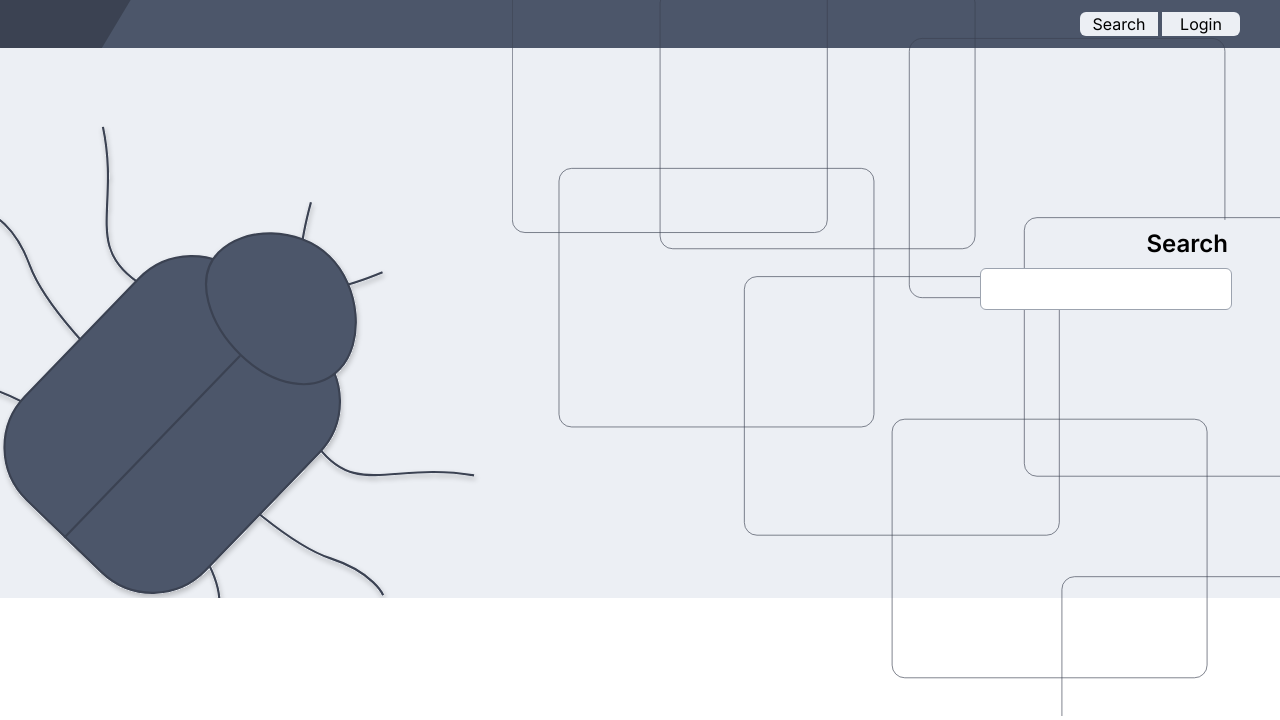
Repository: Qu4ntumGuy/project-bug
Page: /
These files come from the project's save history. The page is drawn as it stood at one moment and after the next save; the edit follows.
The browser window is 1280 px wide. The pictures show the whole page.
The project was rebuilt for these pictures with package versions that can differ from the ones it lists, and the page was loaded fresh each time. The framework's server and built-in components were replaced by stand-ins that run in the browser. Also part of the build but not shown: next.config.mjs.

Above is the page before, as saved 2024-02-12 00:09:45.

### src/app/layout.js
import { Inter } from "next/font/google";
import "./globals.css";

const inter = Inter({ subsets: ["latin"] });

export default function RootLayout({ children }) {
  return (
    <html lang="en">
      <head>
        <title>Project-bug</title>
        <meta name="description" content="Description goes here." />
        <link rel="preconnect" href="https://fonts.googleapis.com" />
        <link rel="preconnect" href="https://fonts.gstatic.com" crossorigin />
        <link
          href="https://fonts.googleapis.com/css2?family=Fira+Code:wght@300;400;500;600&display=swap"
          rel="stylesheet"
        />
      </head>
      <body className={inter.className}>{children}</body>
    </html>
  );
}

### src/app/page.js
import Navbar from "@/components/Navbar";
import Image from "next/image";
import bug from "../../public/Bug.svg";
import bgdesign from "../../public/bgDesign.svg";
import bgmain from "../../public/bg-main.svg";

export default function Home() {
  const bgimg = "/Bug.svg";
  return (
    <div className="bg-[#ECEFF4] overflow-hidden ">
      <Navbar />
      <div className="flex justify-between">
        {/* <Image className="" src={bug} alt="bug" />
        <Image className=" top-1 w-[100%]" src={bgdesign} alt="bgdesign" /> */}
        <div className="w-full">
          <Image className="" height={550} src={bug} alt="bug" />
        </div>
        <div className="w-full">
          <Image
            className="absolute -top-1 right-0 w-[60%] h-[100%]"
            height={650}
            src={bgdesign}
            alt="bgdesign"
          />
        </div>
        <div className="absolute right-0 top-[30%]">
          <form className="flex flex-col justify-end items-end m-3 mr-10">
            <label className="mr-3 text-2xl font-semibold " htmlFor="search">
              Search
            </label>
            <input
              className="p-2 m-2 border border-gray-400 rounded-md"
              type="text"
            />
          </form>
        </div>
      </div>
    </div>
  );
}

### src/app/globals.css
@tailwind base;
@tailwind components;
@tailwind utilities;

/* :root {
  --foreground-rgb: 0, 0, 0;
  --background-start-rgb: 214, 219, 220;
  --background-end-rgb: 255, 255, 255;
} */

/* @media (prefers-color-scheme: dark) {
  :root {
    --foreground-rgb: 255, 255, 255;
    --background-start-rgb: 0, 0, 0;
    --background-end-rgb: 0, 0, 0;
  }
} */

body {
  color: rgb(var(--foreground-rgb));
  background: rgba(255, 255, 255, 1);
  font-family: 'Fira Code', monospace;
}

@font-face {
  font-family: "Fira Code";
  src: url("../../public/font/FiraCode-VariableFont_wght.ttf")
    format("truetype");
}


/* @layer utilities {
  .text-balance {
    text-wrap: balance;
  }
} */

### src/components/Navbar.js
import Image from "next/image";
import reactangle from "../../public/Rectangle 5.svg";

export default function Navbar() {
  return (
    <nav className="h-[10%] w-full bg-[#4C566A] flex justify-end">
      <div className="absolute flex -left-1 -top-1">
        <Image
          src={reactangle}
          alt="reactangle"
          height={52}
          className=" rounded-md"
        />
      </div>
      <div className="flex m-3 w-40 mr-10 justify-between">
        <div className="flex bg-[#ECEFF4] w-full mr-1 rounded-l-md items-center justify-center align-middle">
          <button>Search</button>
        </div>
        <div className="flex bg-[#ECEFF4] w-full rounded-r-md items-center justify-center align-middle">
          <button>Login</button>
        </div>
      </div>
    </nav>
  );
}

Loaded but not shown: tailwind.config.js (common file)

After the next save:
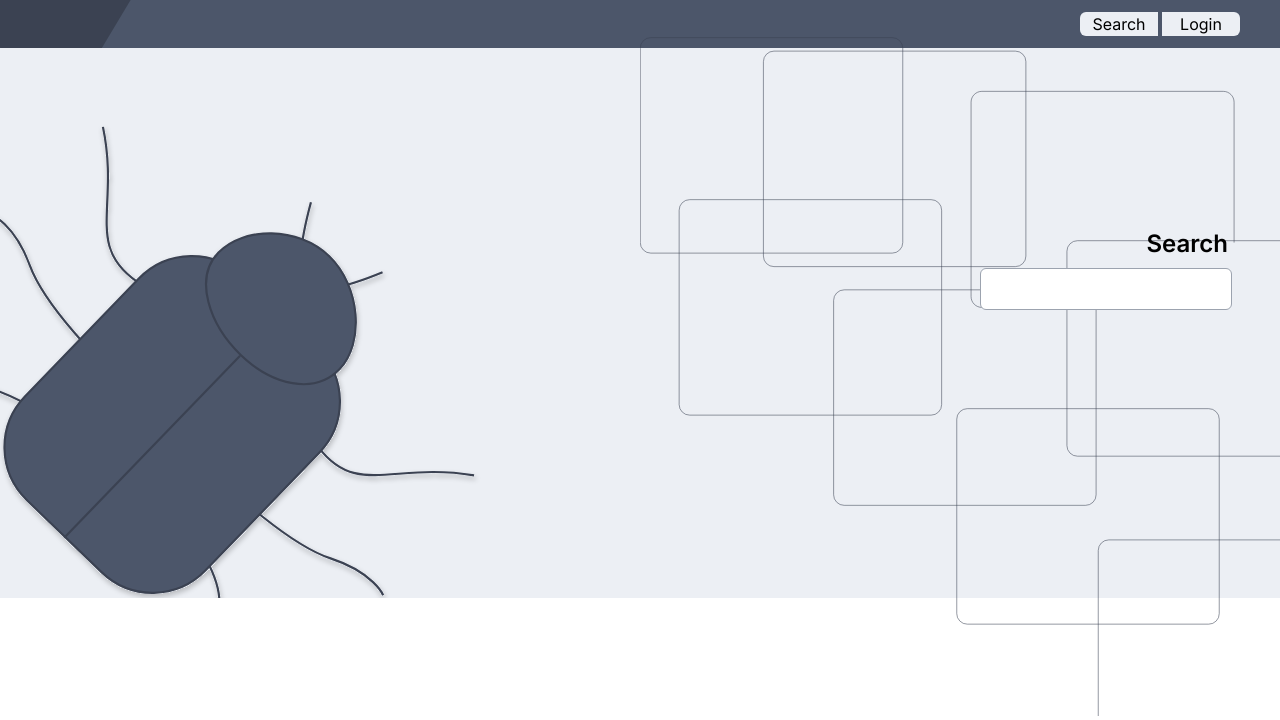
Saved 9 s later.
--- a/src/app/page.js
+++ b/src/app/page.js
@@ -17,7 +17,7 @@ export default function Home() {
         </div>
         <div className="w-full">
           <Image
-            className="absolute -top-1 right-0 w-[60%] h-[100%]"
+            className="absolute -top-1 right-0 w-[50%] h-[100%]"
             height={650}
             src={bgdesign}
             alt="bgdesign"
